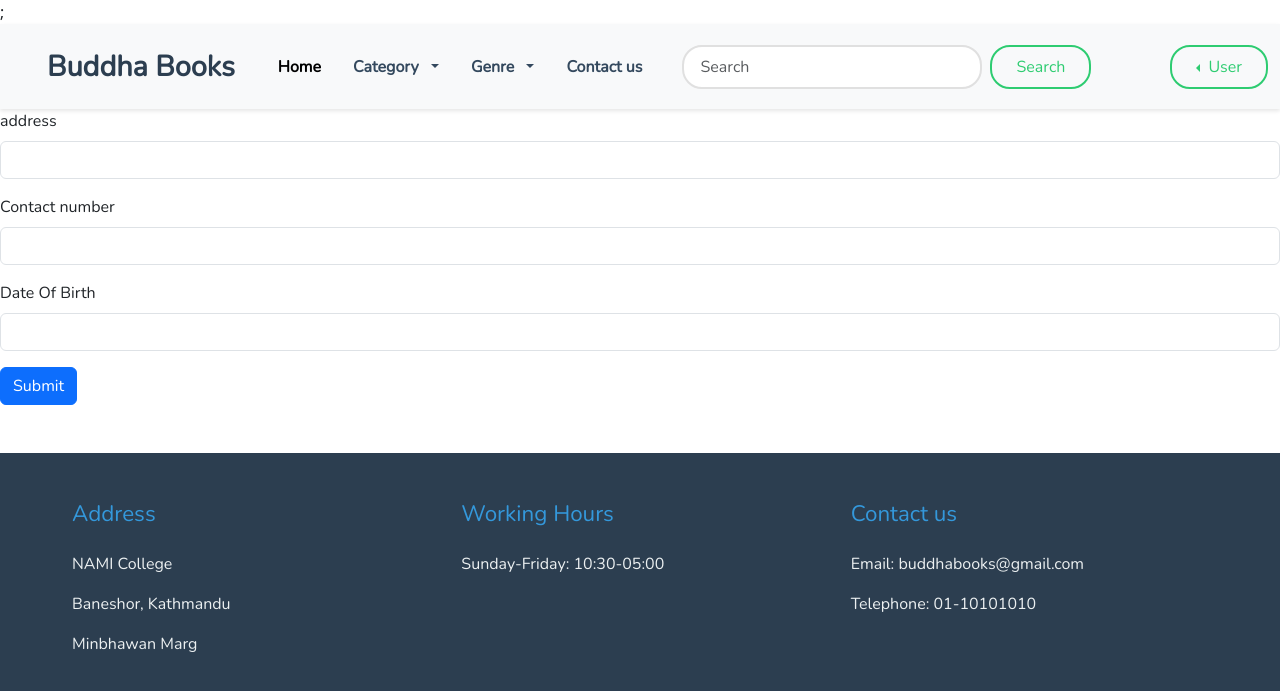
Repository: Shuprawal/Library-Management-System
Page: resources/views/addProfile.blade.php
An editor plug-in stored every save of this project. The page is shown before and after a run of saves, followed by the edit.
The browser window is 1280 px wide. The pictures show the whole page.
Some web libraries are served in a nearby version. The page is served by the project's Laravel application, run on PHP 8.4 with Laravel 12. Other server files are loaded and not shown. The database holds what the project's SQL file puts in it. The template is opened directly, without the code that normally fills it, so the values that code supplies are empty.

Above is the page before, as saved 2024-12-29 12:42:49.

### app/Providers/AppServiceProvider.php
<?php

namespace App\Providers;

use App\Models\Publisher;
use Illuminate\Support\ServiceProvider;
use Illuminate\Support\Facades\View;
use App\Models\Genre;
use App\Models\Author;
use App\Models\Book;
class AppServiceProvider extends ServiceProvider
{
    /**
     * Register any application services.
     */
    public function register(): void
    {
        //
    }

    /**
     * Bootstrap any application services.
     */
    public function boot(): void
    {
        //
        View::composer(['kitab', 'allbooklist', 'layouts.try'], function ($view) {
            $view->with('genres', Genre::all());
        });

        View::composer(['kitab', 'allbooklist', 'layouts.try'], function ($view) {
            $view->with('authors', Author::all());
        });

        View::composer(['kitab', 'allbooklist', 'layouts.try'], function ($view) {
            $view->with('publishers', Publisher::all());
        });

        View::composer(['list', 'index'], function ($view) {
            $view->with('books', Book::with(['authors', 'genres', 'publisher'])->get());
        });


        // View::composer('book', function ($view) {
        //     $view->with('book', function () {
        //         // Retrieve the book ID from the route
        //         $id = request()->route('id');

        //         // Fetch the book along with related models
        //         return Book::with(['authors', 'genres', 'publisher'])->findOrFail($id);
        //     });
        // });
        // public function index()
        // {
        //     $books = Book::with(['authors', 'genres', 'publisher'])->get();
        //     return view('allbooklist', compact('books'));
        // }
    }
}

### routes/web.php
<?php
use App\Http\Controllers\BookController;
use App\Http\Controllers\AuthorController;
use App\Http\Controllers\PublisherController;
use App\Http\Controllers\ProfileController;
use App\Http\Controllers\GenreController;
use Illuminate\Support\Facades\Route;
use Illuminate\Support\Facades\Auth;
use Laravel\Jetstream\Http\Controllers\Inertia\UserProfileController;

Route::get('/login', function () {
    return view('login');
})->name('login');

Route::get('/data', function () {
    return view('data');
});

Route::middleware([
    'auth:sanctum',
    config('jetstream.auth_session'),
    'verified',
])->group(function () {
    Route::get('/dashboard', function () {
        return view('dashboard');
    })->name('dashboard');
});

Route::get('/new', function () {
    return view('new');
});

Route::get('/', function () {
    return view('index');
})->name('home');



Route::get('/allist', function () {
    return view('authorlist');
})->name('authorlist');

Route::get('/addauthor', function () {
    return view('author.addauthor');
});


Route::get('/book', function () {
    return view('book');
})->name('book');

Route::get('/book2', function () {
    return view('book2');
})->name('book2');

Route::get('/booklist', function () {
    return view('booklist');
});

Route::get('/add', function () {
    return view('add');
});

Route::get('/addbook', function () {
    return view('addbook');
});

Route::get('/kitab', function () {
    return view('kitab');
})->name('kitab');

Route::get('/addmore', function () {
    return view('addmore');
});

Route::get('/addgenre', function () {
    return view('addgenre');
});

Route::get('/addpublisher', function () {
    return view('addpublisher');
});

Auth::routes();

// Route::get('/home', [App\Http\Controllers\HomeController::class, 'index'])->name('index');

// Route ::get('addpublisher',[PublisherController::class, 'index'])->name('publisher.index');
// Route ::get('addpublisher',[PublisherController::class, 'create'])->name('publisher.create');
// Route ::post('pulish',[PublisherController::class, 'store'])->name('publisher.store');


// Display a list of publishers (index)
Route::get('publishers', [PublisherController::class, 'index'])->name('publisher.index');

// Display the form to add a publisher (create)
Route::get('addpublisher', [PublisherController::class, 'create'])->name('publisher.create');

// Store the new publisher (store)
Route::post('addpublisher', [PublisherController::class, 'store'])->name('publisher.store');
Route::post('addpublisher', [PublisherController::class, 'store'])->name('publisher.store');
Route::post('kitab', [BookController::class, 'store'])->name('book.store');






Route::get('genres', [GenreController::class, 'index'])->name('genre.index');


Route::get('addgenre', [GenreController::class, 'create'])->name('genre.create');


Route::post('addgenre', [GenreController::class, 'store'])->name('genre.store');

// Route::get('/books/{genre}', [BookController::class, 'listByGenre'])->name('booklist');




Route::get('authors', [AuthorController::class, 'index'])->name('author.index');


Route::get('addauthor', [AuthorController::class, 'create'])->name('author.create');


Route::post('addauthor', [AuthorController::class, 'store'])->name('author.store');




Route::get('books', [BookController::class, 'index'])->name('book.index');


Route::get('kitab', [BookController::class, 'create'])->name('book.create');


Route::post('kitab', [BookController::class, 'store'])->name('book.store');

// Route::post('/kitab', [BookController::class, 'store']);

Route::get('/addNewBook',function(){
    return view('addNewBook');
})->name('new');


Route::get('/list', function () {
    return view('list');
})->name('list');


// Route::get('/booklist', function () {
//     return view('booklist');
// })->name('booklist');

Route::get('authorlist', [AuthorController::class, 'index'])->name('authorlist');
Route::delete('autorlist/{id}', [AuthorController::class, 'destroy'])->name('delete_author');

Route::get('genrelist', [GenreController::class, 'index'])->name('genrelist');
Route::delete('genrelist/{id}', [GenreController::class, 'destroy'])->name('delete_genre');

Route::get('publisherlist', [PublisherController::class, 'index'])->name('publisherlist');
Route::delete('publisher/{id}', [PublisherController::class, 'destroy'])->name('delete_publisher');


Route::get('allbooklist', [BookController::class, 'index'])->name('allbooklist');
Route::delete('allbooklist/{id}', [BookController::class, 'destroy'])->name('delete_book');

Route::get('/book/{id}', [BookController::class, 'show'])->name('book');


 Route::post('/publisherEdit/{id}', [PublisherController::class, 'edit'])->name('publisher_edit');


Route::get('/publisherEdit/{id}', [PublisherController::class, 'edit'])->name('publisher_edit');
Route::put('/publisherEdit/{id}', [PublisherController::class, 'update'])->name('publisher_update');



Route::post('/authorEdit/{id}', [AuthorController::class, 'edit'])->name('author_edit');


Route::get('/authorEdit/{id}', [AuthorController::class, 'edit'])->name('author_edit');
Route::put('/authorEdit/{id}', [AuthorController::class, 'update'])->name('author_update');


Route::post('/genreEdit/{id}',[GenreController::class,'edit'])->name('genre_edit');
Route::get('/genreEdit/{id}',[GenreController::class,'edit'])->name('genre_edit');
Route::put('genreEdit/{id}',[GenreController::class,'update'])->name('genre_update');

Route::get('bookEdit/{id}',[BookController::class,'edit'])->name('book_edit');
Route::post('bookEdit/{id}',[BookController::class,'edit'])->name('book_edit');
Route::put('bookEdit/{id}',[BookController::class,'update'])->name('book_update');

 Route::get('booklist/{id}',[BookController::class,'getBooksByGenre'])->name('booklist');







//  show profile

Route::middleware('auth')->group(function(){

    Route::get('profile',[ProfileController::class,'show'])->name('showProfile');
    Route::get('addprofile',[ProfileController::class,'create'])->name('profilecreate');
});

### resources/views/addProfile.blade.php
@extends('layouts.try');
@section('hom-body')
<form action="{{route('profilecreate')}}" method="Post">
@csrf


  <div class="mb-3">
    <label for="exampleAddress" class="form-label">address</label>
    <input type="text" class="form-control" id="exampleInputAddress1">

  </div>
  <div class="mb-3">
    <label for="exampleInputContact" class="form-label">Contact number</label>
    <input type="text" class="form-control" id="exampleInputContact1">
  </div>

  <div class="mb-3">
    <label for="exampleInputDOB" class="form-label">Date Of Birth</label>
    <input type="text" class="form-control" id="exampleInputContact1">
  </div>

  <button type="submit" class="btn btn-primary">Submit</button>

</form>
@endsection

### app/Models/Genre.php
<?php

namespace App\Models;

use Illuminate\Database\Eloquent\Model;

class Genre extends Model
{
    protected $fillable = ['name'];

    public function books() {
        return $this->belongsToMany(Book::class, 'book_genres', 'genre_id', 'book_id');
    }
}

### app/Models/Author.php
<?php

namespace App\Models;

use Illuminate\Database\Eloquent\Model;

class Author extends Model
{
    protected $fillable = ['name'];

    // In Author Model
    public function books() {
        return $this->belongsToMany(Book::class, 'book_authors', 'authorID', 'bookID');
    }



}

### app/Models/Publisher.php
<?php

namespace App\Models;

use Illuminate\Database\Eloquent\Model;

class Publisher extends Model
{
    protected $fillable = ['name'];

    public function books() {
        return $this->hasMany(Book::class, 'publisherID','id');
    }
}

### library management system database.sql (the tables this page reads)
CREATE TABLE `authors` (
  `id` bigint(20) UNSIGNED NOT NULL,
  `name` varchar(255) NOT NULL,
  `created_at` timestamp NULL DEFAULT NULL,
  `updated_at` timestamp NULL DEFAULT NULL
) ENGINE=InnoDB DEFAULT CHARSET=utf8mb4 COLLATE=utf8mb4_unicode_ci;

INSERT INTO `authors` (`id`, `name`, `created_at`, `updated_at`) VALUES
(1, 'ram', '2024-12-23 05:53:07', '2024-12-23 05:53:07'),
(2, 'showan', '2024-12-23 05:53:38', '2024-12-23 05:53:38'),
(4, 'Nishan', '2024-12-23 06:12:34', '2024-12-23 06:12:34'),
(7, 'author one two', '2024-12-26 06:05:45', '2024-12-27 19:07:31'),
(8, 'Jane Austen', '2024-12-26 08:37:50', '2024-12-26 08:37:50'),
(9, 'Harper Lee', '2025-01-04 03:07:21', '2025-01-04 03:07:21'),
(10, 'Harold Bloom', '2025-01-04 03:16:23', '2025-01-04 03:16:23'),
(11, 'Sylvia Plath', '2025-01-04 03:23:03', '2025-01-04 03:23:03'),
(12, 'Don DeLillo', '2025-01-04 03:30:40', '2025-01-04 03:30:40'),
(13, 'Kazuo Ishiguro', '2025-01-04 03:41:48', '2025-01-04 03:41:48'),
(14, 'Hilary Mantel', '2025-01-04 03:48:40', '2025-01-04 03:48:40'),
(15, 'Marilynne Robinson', '2025-01-04 04:29:46', '2025-01-04 04:29:46'),
(16, 'Chimamanda Ngozi Adichie', '2025-01-04 04:37:14', '2025-01-04 04:37:14'),
(17, 'Buddhi Sagar', '2025-01-04 04:43:20', '2025-01-04 04:43:20'),
(18, 'Sudheer Sharma', '2025-01-04 04:49:10', '2025-01-04 04:49:10'),
(19, 'Thaddeus Kertzmann', '2025-01-05 00:06:17', '2025-01-05 00:06:17'),
(20, 'Marilie Wilkinson', '2025-01-05 00:06:17', '2025-01-05 00:06:17'),
(21, 'Rusty Johns', '2025-01-05 00:06:17', '2025-01-05 00:06:17'),
(22, 'Gunnar Lueilwitz', '2025-01-05 00:06:17', '2025-01-05 00:06:17'),
(23, 'Valentine Schowalter', '2025-01-05 00:06:17', '2025-01-05 00:06:17'),
(24, 'Henry Ortiz IV', '2025-01-05 00:06:17', '2025-01-05 00:06:17'),
(25, 'Edwina Schinner', '2025-01-05 00:06:17', '2025-01-05 00:06:17'),
(26, 'Jalon Johnson', '2025-01-05 00:06:17', '2025-01-05 00:06:17'),
(27, 'Kattie Lubowitz', '2025-01-05 00:06:17', '2025-01-05 00:06:17'),
(28, 'Dr. Forrest Rau', '2025-01-05 00:06:17', '2025-01-05 00:06:17'),
(29, 'Prof. Ian Hahn MD', '2025-01-05 00:06:17', '2025-01-05 00:06:17'),
(30, 'Mylene Gutmann', '2025-01-05 00:06:17', '2025-01-05 00:06:17'),
(31, 'Jamison Erdman III', '2025-01-05 00:06:17', '2025-01-05 00:06:17'),
(32, 'Jimmie Rohan', '2025-01-05 00:06:17', '2025-01-05 00:06:17'),
(33, 'Mr. Merritt Willms MD', '2025-01-05 00:06:17', '2025-01-05 00:06:17');

ALTER TABLE `authors`
  ADD PRIMARY KEY (`id`);

ALTER TABLE `authors`
  MODIFY `id` bigint(20) UNSIGNED NOT NULL AUTO_INCREMENT, AUTO_INCREMENT=34;

CREATE TABLE `genres` (
  `id` bigint(20) UNSIGNED NOT NULL,
  `name` varchar(255) NOT NULL,
  `created_at` timestamp NULL DEFAULT NULL,
  `updated_at` timestamp NULL DEFAULT NULL
) ENGINE=InnoDB DEFAULT CHARSET=utf8mb4 COLLATE=utf8mb4_unicode_ci;

INSERT INTO `genres` (`id`, `name`, `created_at`, `updated_at`) VALUES
(3, 'Action', '2024-12-23 05:19:01', '2024-12-27 19:37:51'),
(5, 'comedy', '2024-12-24 17:54:38', '2024-12-24 17:54:38'),
(6, 'Fantasy', '2024-12-24 17:55:35', '2024-12-24 17:55:35'),
(7, 'Horror', '2024-12-24 17:56:06', '2024-12-24 17:56:06'),
(8, 'Science Fiction', '2024-12-24 17:56:37', '2024-12-24 17:56:37'),
(9, 'Thriller', '2024-12-24 17:56:55', '2024-12-24 17:56:55'),
(10, 'Mystery', '2024-12-24 17:57:08', '2024-12-24 17:57:08'),
(12, 'Romance', '2024-12-26 08:34:08', '2024-12-26 08:34:08'),
(13, 'Fiction', '2024-12-26 08:34:22', '2024-12-26 08:34:22'),
(14, 'Biography', '2024-12-28 06:43:40', '2025-01-05 06:57:52'),
(15, 'Novel', '2025-01-04 03:15:48', '2025-01-04 03:15:48');

ALTER TABLE `genres`
  ADD PRIMARY KEY (`id`);

ALTER TABLE `genres`
  MODIFY `id` bigint(20) UNSIGNED NOT NULL AUTO_INCREMENT, AUTO_INCREMENT=16;

CREATE TABLE `publishers` (
  `id` bigint(20) UNSIGNED NOT NULL,
  `created_at` timestamp NULL DEFAULT NULL,
  `updated_at` timestamp NULL DEFAULT NULL,
  `name` varchar(30) NOT NULL,
  `address` varchar(30) NOT NULL
) ENGINE=InnoDB DEFAULT CHARSET=utf8mb4 COLLATE=utf8mb4_unicode_ci;

INSERT INTO `publishers` (`id`, `created_at`, `updated_at`, `name`, `address`) VALUES
(1, '2024-12-21 04:33:17', '2025-01-05 06:52:00', 'Ram Publishers', 'kathmandu nepal'),
(2, '2024-12-21 04:41:55', '2025-01-05 06:52:34', 'New Publisher', 'kathmandu'),
(3, '2024-12-21 17:25:32', '2025-01-05 06:51:39', 'We Publish', 'kathmandu'),
(5, '2024-12-21 23:50:11', '2025-01-05 06:50:56', 'rama', 'atlanta'),
(6, '2024-12-21 23:50:31', '2025-01-05 06:51:16', 'hari', 'New York, United States'),
(10, '2024-12-26 04:18:17', '2024-12-26 04:18:17', 'pub one', 'atlanta'),
(12, '2024-12-26 08:36:18', '2024-12-26 08:36:18', 'Dover Publications', 'New York, United States'),
(13, '2025-01-04 03:06:46', '2025-01-04 03:06:46', 'Bibliomania', 'Egypt'),
(14, '2025-01-04 03:15:05', '2025-01-04 03:15:05', 'Infobase', 'New York, United States'),
(15, '2025-01-04 03:30:24', '2025-01-04 03:30:24', 'Viking Adult', 'United States'),
(16, '2025-01-04 03:41:30', '2025-01-04 03:41:30', 'Faber and Faber', 'United Kingdom'),
(17, '2025-01-04 03:49:05', '2025-01-04 03:49:05', 'Fourth Estate', 'United Kingdom'),
(18, '2025-01-04 04:30:34', '2025-01-04 04:30:34', 'Farrar Straus and Giroux', 'United States'),
(19, '2025-01-04 04:42:50', '2025-01-04 04:42:50', 'FinePrint Publication', 'Nepal'),
(20, '2025-01-04 04:50:07', '2025-01-04 04:50:07', 'Kitab Publishers', 'Kathmandu, Nepal'),
(21, '2025-01-05 00:28:20', '2025-01-05 00:28:20', 'Williamson Ltd', '6306 Goodwin Shoals Apt. 309\nL'),
(22, '2025-01-05 00:28:20', '2025-01-05 00:28:20', 'Labadie, Hermiston and Bins', '60562 Gaylord Street Suite 597'),
(23, '2025-01-05 00:28:20', '2025-01-05 00:28:20', 'Watsica Inc', '8086 Eulalia Orchard\nPort Alis'),
(24, '2025-01-05 00:28:20', '2025-01-05 00:28:20', 'Mann and Sons', '68884 O\'Keefe Point\nIgnatiusmo'),
(25, '2025-01-05 00:28:20', '2025-01-05 00:28:20', 'Hermiston Ltd', '2903 Kilback Street\nPadbergfur'),
(26, '2025-01-05 00:28:20', '2025-01-05 00:28:20', 'Kiehn, Steuber and Herzog', '848 Unique Locks Apt. 760\nEast'),
(27, '2025-01-05 00:28:20', '2025-01-05 00:28:20', 'Nicolas and Sons', '834 Effertz Pine Suite 736\nPet'),
(28, '2025-01-05 00:28:20', '2025-01-05 00:28:20', 'Maggio Group', '9788 Koss Mount Apt. 425\nVinni'),
(29, '2025-01-05 00:28:20', '2025-01-05 00:28:20', 'Erdman Inc', '770 Ariel Ranch Apt. 969\nUpton'),
(30, '2025-01-05 00:28:20', '2025-01-05 00:28:20', 'Hermiston, Cremin and O\'Keefe', '2780 Jazmyne Stravenue\nElfried'),
(31, '2025-01-05 00:28:20', '2025-01-05 00:28:20', 'Schimmel Ltd', '225 Stephanie Greens\nSouth Alt'),
(32, '2025-01-05 00:28:20', '2025-01-05 00:28:20', 'Kunze, Dach and Miller', '9410 Gertrude View\nEast Mathew');

ALTER TABLE `publishers`
  ADD PRIMARY KEY (`id`);

ALTER TABLE `publishers`
  MODIFY `id` bigint(20) UNSIGNED NOT NULL AUTO_INCREMENT, AUTO_INCREMENT=33;

Loaded but not shown: app/Http/Controllers/Auth/ConfirmPasswordController.php (common file); app/Http/Controllers/Controller.php (common file); resources/views/layouts/try.blade.php (469 lines, source omitted)

After the next 4 saves:
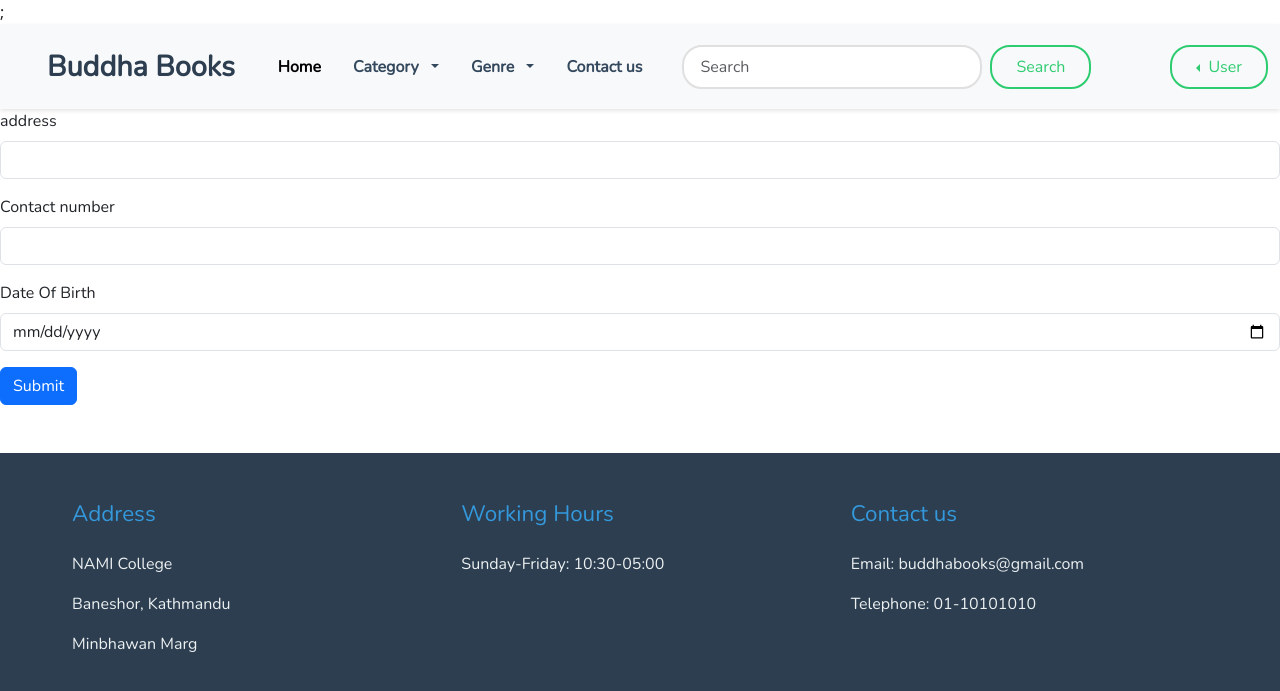
The 4 saves are shown as one change because they came seconds apart.
The last was saved 11 s later.
--- a/resources/views/addProfile.blade.php
+++ b/resources/views/addProfile.blade.php
@@ -16,7 +16,7 @@
 
   <div class="mb-3">
     <label for="exampleInputDOB" class="form-label">Date Of Birth</label>
-    <input type="text" class="form-control" id="exampleInputContact1">
+    <input type="date" class="form-control" id="exampleInputDOB">
   </div>
 
   <button type="submit" class="btn btn-primary">Submit</button>
